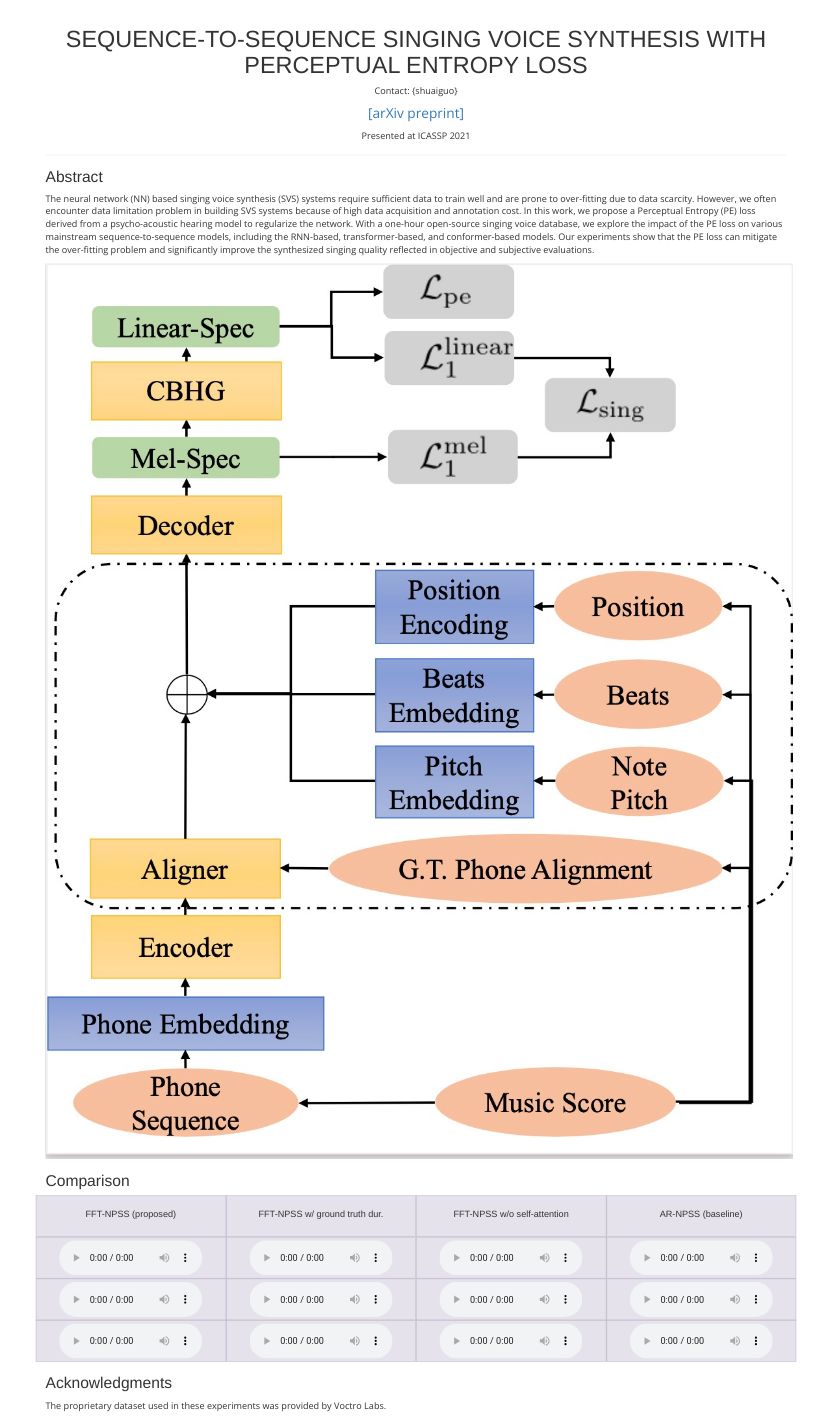
Repository: PeterGuoRuc/SVS_pe.github.io
Page: index.html
The author's editor kept a copy of each file at every save. The page is drawn from the files as they stood at one save, then again after the next save.
The browser window is 1280 px wide. The pictures show the whole page, at 65% of full size.

Above is the page before, as saved 2021-06-06 16:42:16.

### index.html
<!DOCTYPE html>
<html lang="en">
  <head>
    <meta charset="utf-8">
    <meta http-equiv="X-UA-Compatible" content="IE=edge">
    <meta name="viewport" content="width=device-width, initial-scale=1">
    <meta name="description" content="">
    <meta name="author" content="">
    <link rel="shortcut icon" type="image/x-icon" href="../favicon.ico">

    <title>SEQUENCE-TO-SEQUENCE SINGING VOICE SYNTHESIS WITH PERCEPTUAL ENTROPY LOSS</title>

    <!-- Fonts -->
    <link href="https://fonts.googleapis.com/css?family=Abril+Fatface|Open+Sans" rel="stylesheet">

    <!-- Bootstrap core CSS -->
    <!--<link href="bootstrap/dist/css/bootstrap.min.css" rel="stylesheet">-->
    <link href="https://maxcdn.bootstrapcdn.com/bootstrap/3.3.7/css/bootstrap.min.css" rel="stylesheet">

    <!-- IE10 viewport hack for Surface/desktop Windows 8 bug -->
    <!--<link href="bootstrap/assets/css/ie10-viewport-bug-workaround.css" rel="stylesheet">-->
    <link href="https://maxcdn.bootstrapcdn.com/css/ie10-viewport-bug-workaround.css" rel="stylesheet">

    <!-- Custom styles for this template -->
    <link href="poster.css" rel="stylesheet">

    <!-- Just for debugging purposes. Don't actually copy these 2 lines! -->
    <!--[if lt IE 9]><script src="bootstrap/assets/js/ie8-responsive-file-warning.js"></script><![endif]-->
    <!--<script src="bootstrap/assets/js/ie-emulation-modes-warning.js"></script>-->

    <!-- HTML5 shim and Respond.js for IE8 support of HTML5 elements and media queries -->
    <!--[if lt IE 9]>
      <script src="https://oss.maxcdn.com/html5shiv/3.7.3/html5shiv.min.js"></script>
      <script src="https://oss.maxcdn.com/respond/1.4.2/respond.min.js"></script>
    <![endif]-->
  </head>

  <body>
    <div class="container">

      <div class="page-header">
        <h1>
          SEQUENCE-TO-SEQUENCE SINGING VOICE SYNTHESIS WITH PERCEPTUAL ENTROPY LOSS
        </h1>
        <p class="centered">Contact: {shuaiguo}</p>
        <p class="lead">
          <a class="lead_link" href="https://arxiv.org/abs/2010.12024">[arXiv preprint]</a>
        </p>
        <p class="centered">Presented at ICASSP 2021</p>
      </div>

      <h3>Abstract</h3>
      <p>The neural network (NN) based singing voice synthesis (SVS) systems require sufficient data to train well and are prone to over-fitting due to data scarcity.
        However, we often encounter data limitation problem in building SVS systems because of high data acquisition and annotation cost.
        In this work, we propose a Perceptual Entropy (PE) loss derived from a psycho-acoustic hearing model to regularize the network.
        With a one-hour open-source singing voice database, we explore the impact of the PE loss on various mainstream sequence-to-sequence models, including the RNN-based, transformer-based, and conformer-based models.
        Our experiments show that the PE loss can mitigate the over-fitting problem and significantly improve the synthesized singing quality reflected in objective and subjective evaluations.
      </p>

      <center><img src="files/svs_model.jpg"/></center>

      <h3>Comparison</h3>
      <div class="row">
        <div class="col-md-3">FFT-NPSS (proposed)</div>
        <div class="col-md-3">FFT-NPSS w/ ground truth dur.</div>
        <div class="col-md-3">FFT-NPSS w/o self-attention</div>
        <div class="col-md-3">AR-NPSS (baseline)</div>
      </div>
      <div class="row">
        <div class="col-md-3"><audio src="files/1_Feel_4.mp3" controls></audio></div>
        <div class="col-md-3"><audio src="files/2_Feel_4.mp3" controls></audio></div>
        <div class="col-md-3"><audio src="files/3_Feel_4.mp3" controls></audio></div>
        <div class="col-md-3"><audio src="files/4_Feel_4.mp3" controls></audio></div>
      </div>
      <div class="row">
        <div class="col-md-3"><audio src="files/1_Feel_19.mp3" controls></audio></div>
        <div class="col-md-3"><audio src="files/2_Feel_19.mp3" controls></audio></div>
        <div class="col-md-3"><audio src="files/3_Feel_19.mp3" controls></audio></div>
        <div class="col-md-3"><audio src="files/4_Feel_19.mp3" controls></audio></div>
      </div>
      <div class="row">
        <div class="col-md-3"><audio src="files/1_Rio_8.mp3" controls></audio></div>
        <div class="col-md-3"><audio src="files/2_Rio_8.mp3" controls></audio></div>
        <div class="col-md-3"><audio src="files/3_Rio_8.mp3" controls></audio></div>
        <div class="col-md-3"><audio src="files/4_Rio_8.mp3" controls></audio></div>
      </div>

      <h3>Acknowledgments</h3>
      <p>The proprietary dataset used in these experiments was provided by Voctro Labs.</p>


    </div> <!-- /container -->


    <!-- IE10 viewport hack for Surface/desktop Windows 8 bug -->
    <!--<script src="bootstrap/assets/js/ie10-viewport-bug-workaround.js"></script>-->
    <script src="https://maxcdn.bootstrapcdn.com/js/ie10-viewport-bug-workaround.js"></script>
  </body>
</html>

### poster.css

p {
  font-family: 'Open Sans', sans-serif;
  margin: 10px 0 10px;
}

.lead_link {
  margin: 0 5px 0 5px;
}

.lead {
  text-align: center;
  margin-bottom: 0;
}

.centered {
  text-align: center;
}

.image_title {
  text-align: center;
}

img.figure {
  display: block;
  margin-left: auto;
  margin-right: auto;
  max-width: 100%;
}

h1 {
  /* font-family: 'Abril Fatface', cursive; */
  text-align: center;
}

h4 {
  margin-top: 25px;
}
.row {
  margin-bottom: 0px;
  position: relative;
}

/* vertically center audio players */
.row audio {
    position: absolute;
    top: 0;
    left: 0;
    bottom: 0;
    right: 0;
    margin: auto;
    display: block;
    width: 220px;
}

[class*="col-"] {
  padding-top: 17px;
  padding-bottom: 17px;
  background-color: #eee;
  background-color: rgba(86,61,124,.15);
  border: 1px solid #ddd;
  border: 1px solid rgba(86,61,124,.2);
  height: 64px;
  text-align: center;
}

hr {
  margin-top: 40px;
  margin-bottom: 40px;
}

After the next save:
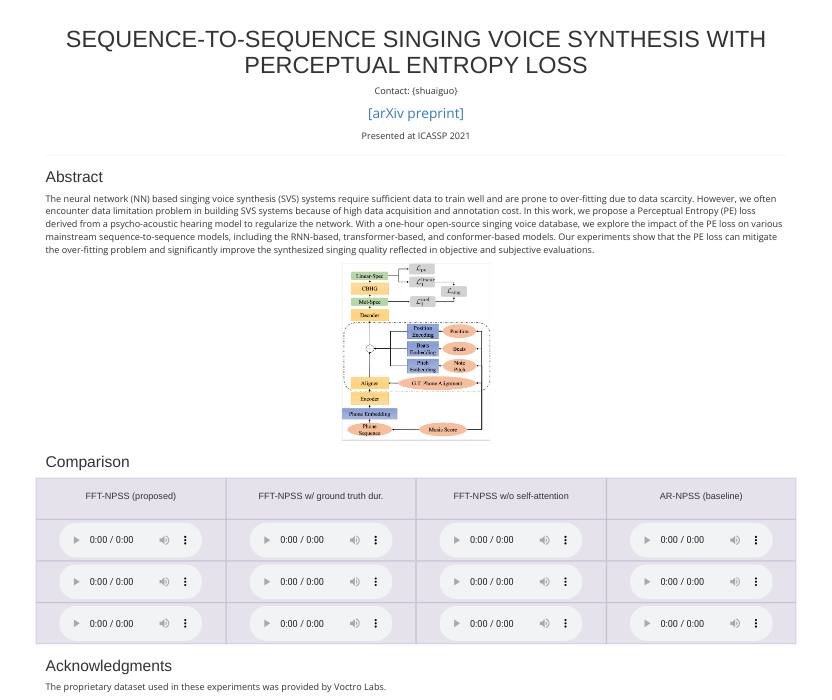
Saved 35 s later.
--- a/index.html
+++ b/index.html
@@ -57,7 +57,7 @@
         Our experiments show that the PE loss can mitigate the over-fitting problem and significantly improve the synthesized singing quality reflected in objective and subjective evaluations.
       </p>
 
-      <center><img src="files/svs_model.jpg"/></center>
+      <center><img src="files/svs_model.jpg"/ height="20%" width="20%"></center>
 
       <h3>Comparison</h3>
       <div class="row">

After the save that followed:
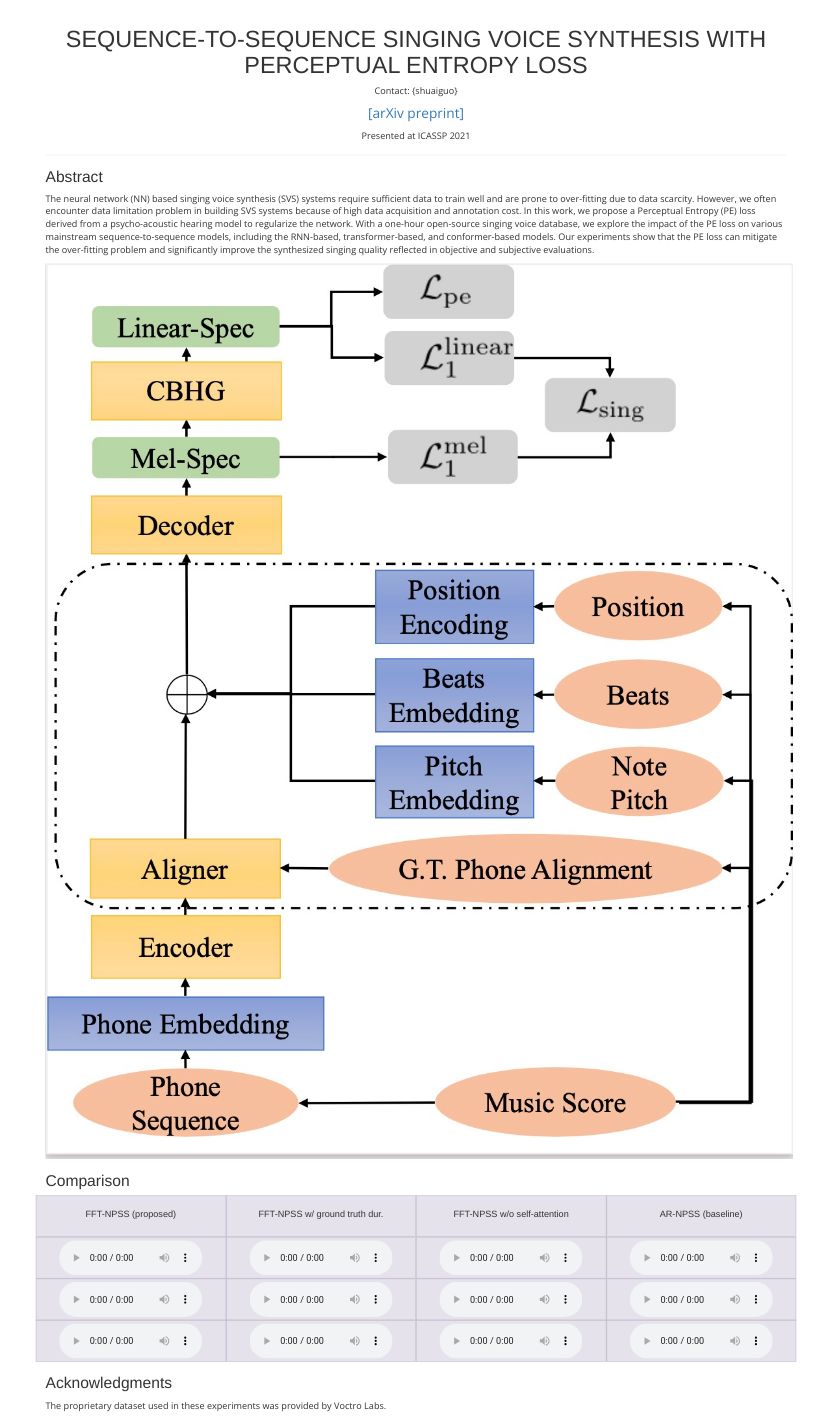
Saved 13 s later.
--- a/index.html
+++ b/index.html
@@ -57,7 +57,7 @@
         Our experiments show that the PE loss can mitigate the over-fitting problem and significantly improve the synthesized singing quality reflected in objective and subjective evaluations.
       </p>
 
-      <center><img src="files/svs_model.jpg"/ height="20%" width="20%"></center>
+      <center><img src="files/svs_model.jpg"/ height="20%"></center>
 
       <h3>Comparison</h3>
       <div class="row">
